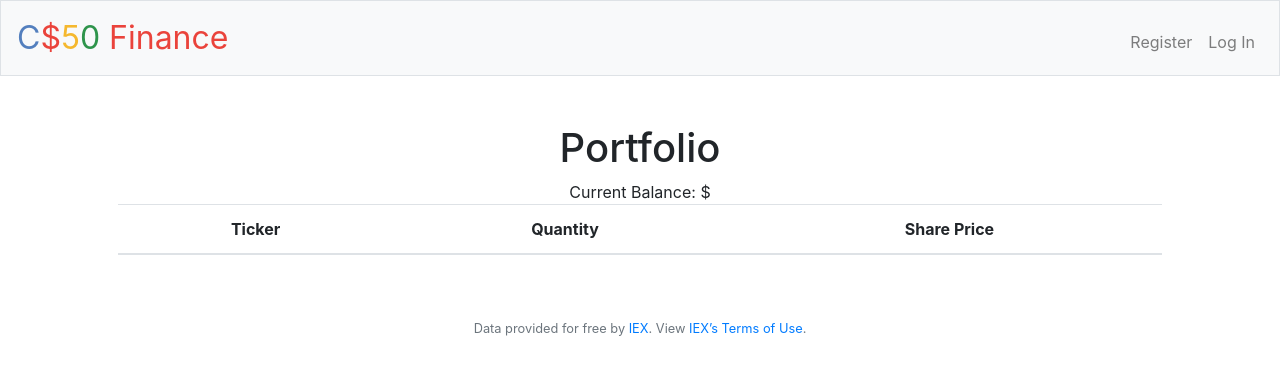
Repository: mskurnickcode/coupleDo
Page: finance/templates/homepage.html
The author's editor kept a record of every edit. The page is drawn from the files as they stood at one moment, then again after the next edit.
The browser window is 1280 px wide. The pictures show the whole page.
The template is drawn by Flask 3. The application's start-up code is not run. Other server files are loaded and not shown. The template is opened directly, without the code that normally fills it, so the values that code supplies are empty.

Above is the page before.

### ubuntu/finance/templates/homepage.html
{% extends "layout.html" %}

{% block title %}
    Log In
{% endblock %}

{% block main %}
    <div class="data">
        <h1>Portfolio</h1>
            <div>Current Balance: ${{ cash }}</div>
                 <table class="table table-hover">
                      <thead>
                        <tr>
                          <th scope="col">Ticker</th>
                          <th scope="col">Quantity</th>
                          <th scope="col">Share Price</th>
                        </tr>
                      </thead>
                      <tbody>
                        {% for stock in data['current']: %}
                            <tr>
                                <td> {{ stock.ticker.upper() }} </td>
                                <td> {{ stock.quantity }} </td>
                                <td> {{ stock.current }} </td>
                                <td> {{ stock.current * stock.quantity }} </td>

                            </tr>
                        {% endfor %}
                      </tbody>
                    </table>
    </div>
{% endblock %}

### ubuntu/finance/templates/layout.html
<!DOCTYPE html>

<html lang="en">

    <head>

        <!-- Required meta tags -->
        <meta charset="utf-8">
        <meta name="viewport" content="width=device-width, initial-scale=1, shrink-to-fit=no">

        <!-- documentation at http://getbootstrap.com/docs/4.1/, alternative themes at https://bootswatch.com/ -->
        <link href="https://maxcdn.bootstrapcdn.com/bootstrap/4.1.3/css/bootstrap.min.css" rel="stylesheet">

        <!-- https://favicon.io/emoji-favicons/money-mouth-face/ -->
        <link href="/static/favicon.ico" rel="icon">

        <link href="/static/styles.css" rel="stylesheet">

        <script src="https://code.jquery.com/jquery-3.3.1.min.js"></script>
        <script src="https://cdnjs.cloudflare.com/ajax/libs/popper.js/1.14.3/umd/popper.min.js"></script>
        <script src="https://maxcdn.bootstrapcdn.com/bootstrap/4.1.3/js/bootstrap.min.js"></script>


        <title>C$50 Finance: {% block title %}{% endblock %}</title>

    </head>

    <body>

        <nav class="navbar navbar-expand-md navbar-light bg-light border">
            <a class="navbar-brand" href="/"><span class="blue">C</span><span class="red">$</span><span class="yellow">5</span><span class="green">0</span> <span class="red">Finance</span></a>
            <button aria-controls="navbar" aria-expanded="false" aria-label="Toggle navigation" class="navbar-toggler" data-target="#navbar" data-toggle="collapse" type="button">
                <span class="navbar-toggler-icon"></span>
            </button>
            <div class="collapse navbar-collapse" id="navbar">
                {% if session.user_id %}
                    <ul class="navbar-nav mr-auto mt-2">
                        <li class="nav-item"><a class="nav-link" href="/quote">Quote</a></li>
                        <li class="nav-item"><a class="nav-link" href="/buy">Buy</a></li>
                        <li class="nav-item"><a class="nav-link" href="/sell">Sell</a></li>
                        <li class="nav-item"><a class="nav-link" href="/history">History</a></li>
                    </ul>
                    <ul class="navbar-nav ml-auto mt-2">
                        <li class="nav-item"><a class="nav-link" href="/logout">Log Out</a></li>
                    </ul>
                {% else %}
                    <ul class="navbar-nav ml-auto mt-2">
                        <li class="nav-item"><a class="nav-link" href="/register">Register</a></li>
                        <li class="nav-item"><a class="nav-link" href="/login">Log In</a></li>
                    </ul>
                {% endif %}
            </div>
        </nav>

        {% if get_flashed_messages() %}
            <header>
                <div class="alert alert-primary border text-center" role="alert">
                    {{ get_flashed_messages() | join(" ") }}
                </div>
            </header>
        {% endif %}

        <main class="container p-5">
            {% block main %}{% endblock %}
        </main>

        <footer class="small text-center text-muted">
            Data provided for free by <a href="https://iextrading.com/developer">IEX</a>. View <a href="https://iextrading.com/api-exhibit-a/">IEX’s Terms of Use</a>.
        </footer>

    </body>

</html>

Loaded but not shown: ubuntu/finance/static/styles.css (common file)

After the next edit:
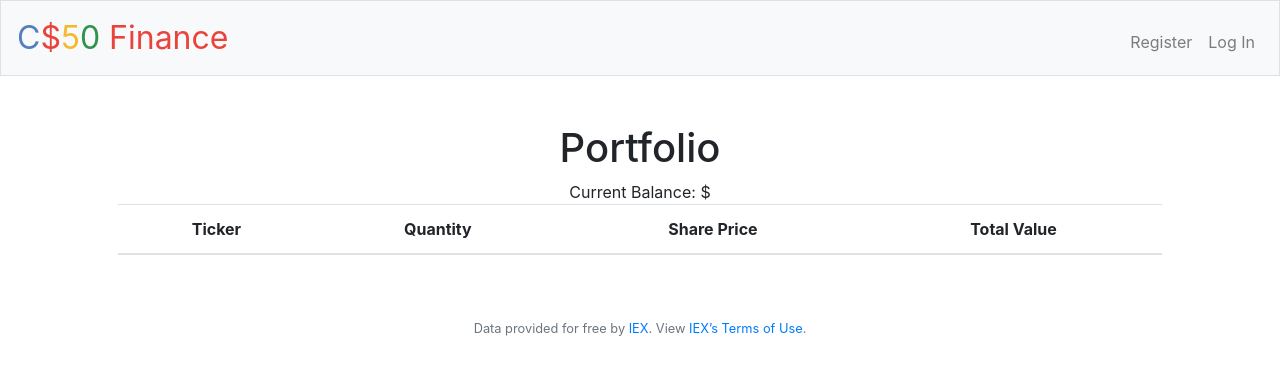
The edit:
--- a/ubuntu/finance/templates/homepage.html
+++ b/ubuntu/finance/templates/homepage.html
@@ -14,6 +14,7 @@
                           <th scope="col">Ticker</th>
                           <th scope="col">Quantity</th>
                           <th scope="col">Share Price</th>
+                          <th scope="col">Total Value</th>
                         </tr>
                       </thead>
                       <tbody>
